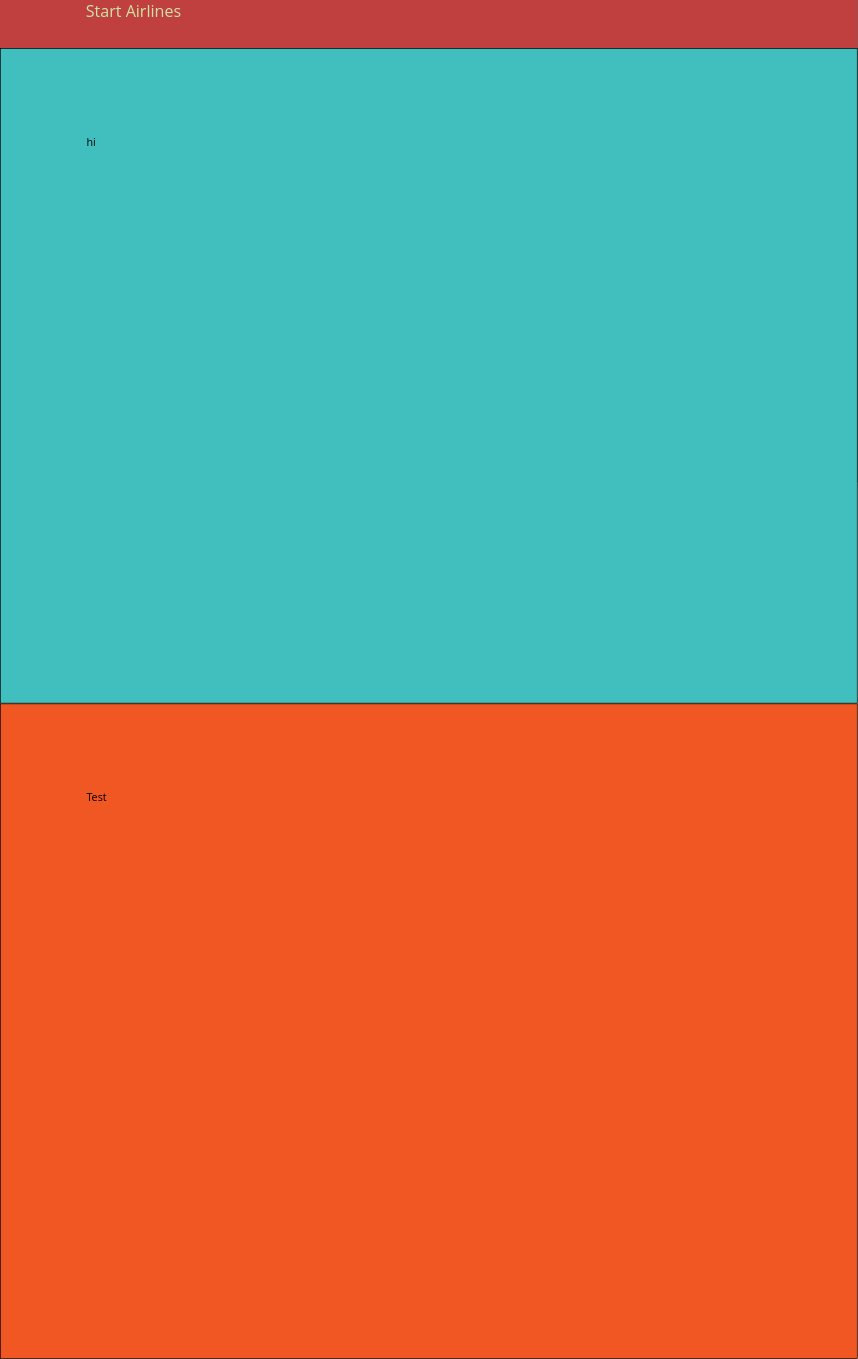
Repository: MarcMD/Fallstudie-WWI13AMC-Twitter
Page: http://localhost/gui-primefaces/
An editor plug-in stored every save of this project. The page is shown before and after the next save, followed by the edit.
The browser window is 1280 px wide. The pictures show the whole page, at 67% of full size.
The page is served by Tomcat 9. Other server files are loaded and not shown.

Above is the page before, as saved 2015-05-26 09:31:27.

### gui-primefaces/src/main/webapp/index.html
<!DOCTYPE html>
<html>
<head>
<title>Insert title here</title>
<link rel="stylesheet" type="text/css" href="css/style.css" />
</head>
<body>
	<div class="container">
		<div class="navbar">
			<div class="nav">
					<ul>
						<li><a href="">Start</a></li>
						<li><a href="">Airlines</a></li>
					</ul>
			</div>
		</div>
		<div class="page bg-blue">hi</div>
		<div class="page bg-orange">Test</div>
	</div>
</body>
</html>

### gui-primefaces/src/main/webapp/css/style.css
html, body {
	margin:0;
	min-width:100%;
	max-width:100%;
	height:100%;
	min-height:100%;
	font-family: 'Open Sans', sans-serif;
}

.container {
	width:100%;
	min-width:100%;
	max-width:100%;
	height:100%;
	min-height:100%;
	background-color:black;
}

.navbar {
	height:auto;
	min-height:10%;
	background-color:#c04040;
}

.nav {
	margin-left:10%;
	margin-right:10%;
	font-size:x-large;
}


.nav ul {
	list-style-type:none;
	margin:0;
	padding:0;
}

.nav li {
	display:inline;
}

.nav a:link {
	color:#cce3a7;
	text-decoration:none;
}

.nav a:visited {
	color:#cce3a7;
	text-decoration:none;
	}

.nav a:active {
	color:#cce3a7;
	text-decoration:none;
}

.bg-blue {
	background-color:#40bfbe;
}

.bg-orange {
	background-color:#f05722;
}

.page {
	min-height:100%;
	height:100%;
	padding:10%;
	border:1px solid black;
}

After the next save:
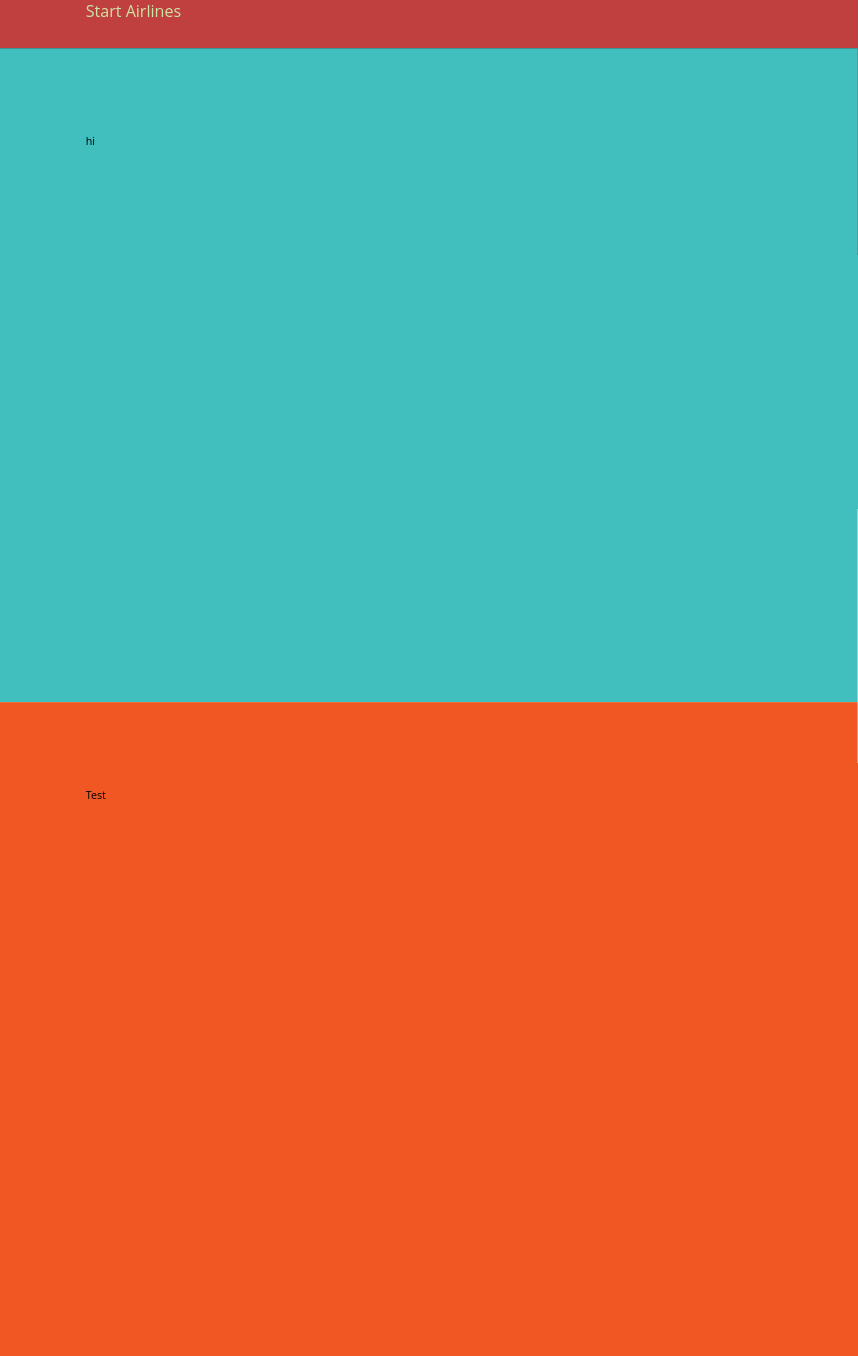
Saved 19 s later.
--- a/gui-primefaces/src/main/webapp/css/style.css
+++ b/gui-primefaces/src/main/webapp/css/style.css
@@ -66,5 +66,5 @@ html, body {
 	min-height:100%;
 	height:100%;
 	padding:10%;
-	border:1px solid black;
+	border-style:1px solid black;
 }
